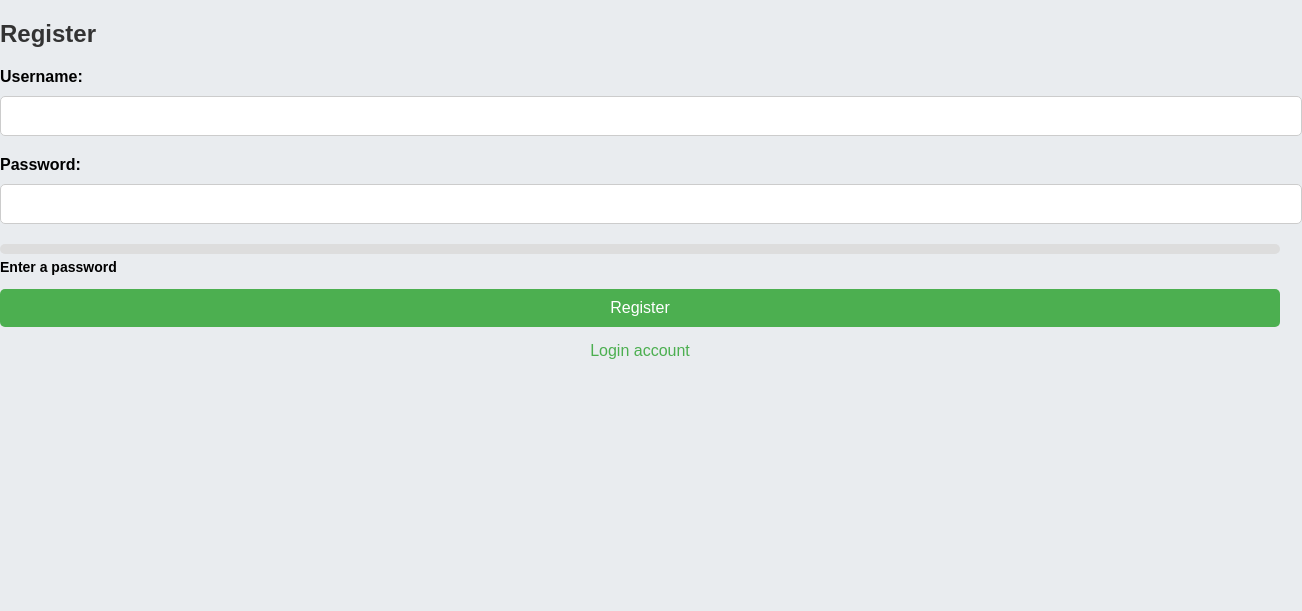
Repository: wolvicjohn/argon2
Page: http://localhost/register.php
The author's editor kept a copy of each file at every save. The page is drawn from the files as they stood at one save, then again after the next save.
The browser window is 1280 px wide. The page is 1302 px wide, then 1280 px, so the pictures cover 1302 px, including what lies to the right of the window. The pictures show the whole page.
The page is run by PHP 8.4 with error messages shown; the project is at /var/www/html/.

Above is the page before, as saved 2024-10-18 01:44:47.

After the next save:
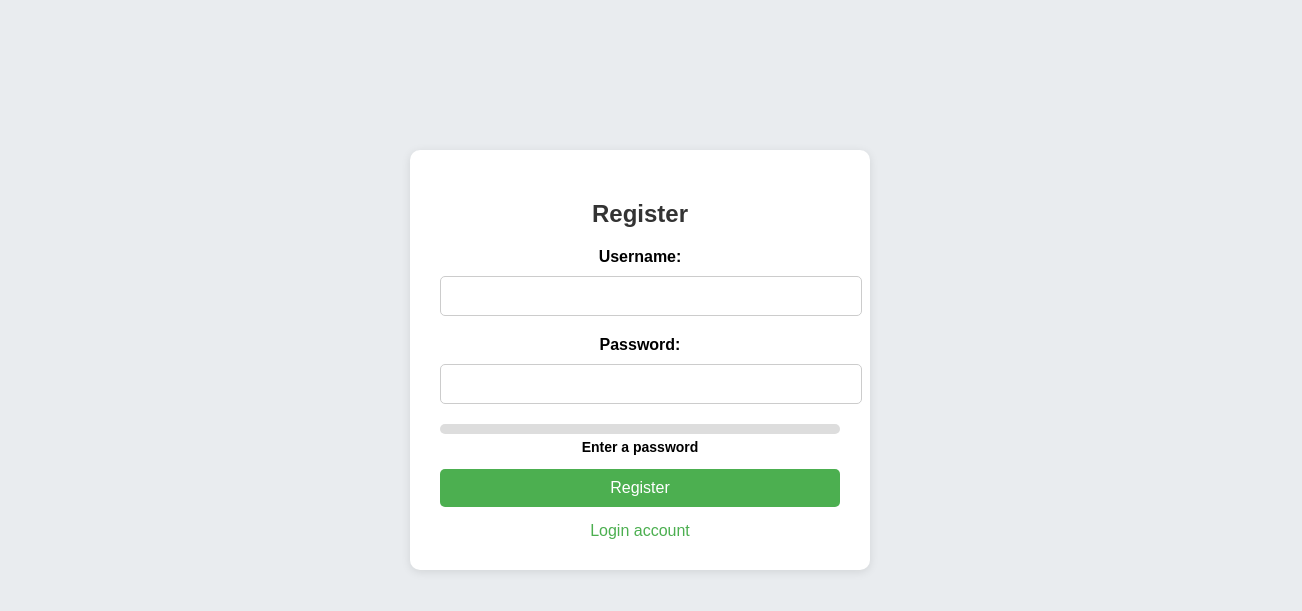
Saved 16 s later.
--- a/register.php
+++ b/register.php
@@ -48,22 +48,26 @@ if ($_SERVER['REQUEST_METHOD'] === 'POST') {
 </head>
 
 <body>
-    <h2>Register</h2>
-    <form action="register.php" method="POST">
-        <label for="username">Username:</label>
-        <input type="text" name="username" id="username" required>
+    <div class="container">
+        <div class="registration-box">
+            <h2>Register</h2>
+            <form action="register.php" method="POST">
+                <label for="username">Username:</label>
+                <input type="text" name="username" id="username" required>
 
-        <label for="password">Password:</label>
-        <input type="password" name="password" id="password" required>
+                <label for="password">Password:</label>
+                <input type="password" name="password" id="password" required>
 
-        <div class="password-strength">
-            <div class="strength-bar" id="strength-bar"></div>
+                <div class="password-strength">
+                    <div class="strength-bar" id="strength-bar"></div>
+                </div>
+                <p class="message" id="strength-text">Enter a password</p>
+
+                <button type="submit">Register</button>
+                <a href="login.php">Login account</a>
+            </form>
         </div>
-        <p class="message" id="strength-text">Enter a password</p>
-
-        <button type="submit">Register</button>
-        <a href="login.php">Login account</a>
-    </form>
+    </div>
 
     <script>
         const passwordInput = document.getElementById('password');
